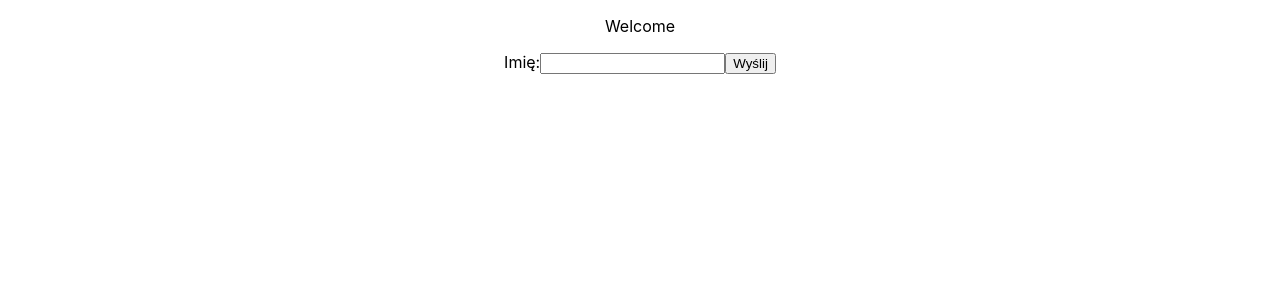
Repository: Tomjand/login-pin
Page: /
An editor plug-in stored every save of this project. The page is shown before and after the next save, followed by the edit.
The browser window is 1280 px wide. The pictures show the whole page.
The project was rebuilt for these pictures with package versions that can differ from the ones it lists, and the page was loaded fresh each time.

Above is the page before, as saved 2022-08-22 21:13:40.

After the next save:
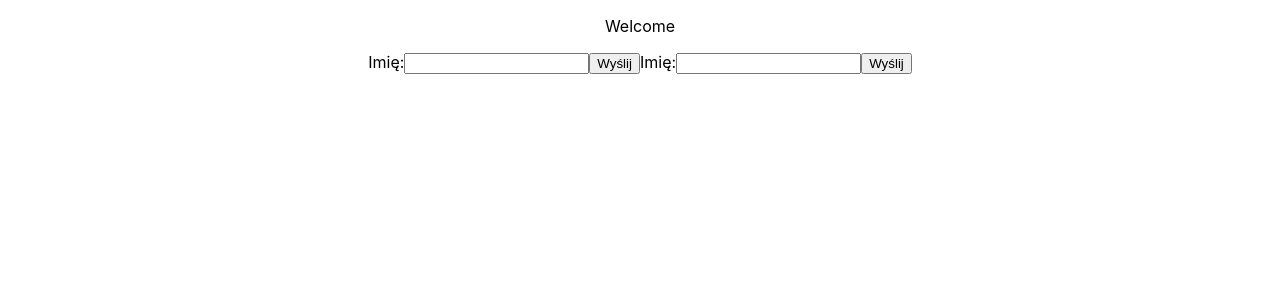
Saved 12 s later.
--- a/src/App.js
+++ b/src/App.js
@@ -7,6 +7,11 @@ function App() {
       <p>Welcome</p>
 
       <form>
+      <label>
+          Imię:
+          <input type="text" name="name" />
+        </label>
+        <input type="submit" value="Wyślij" />
         <label>
           Imię:
           <input type="text" name="name" />
